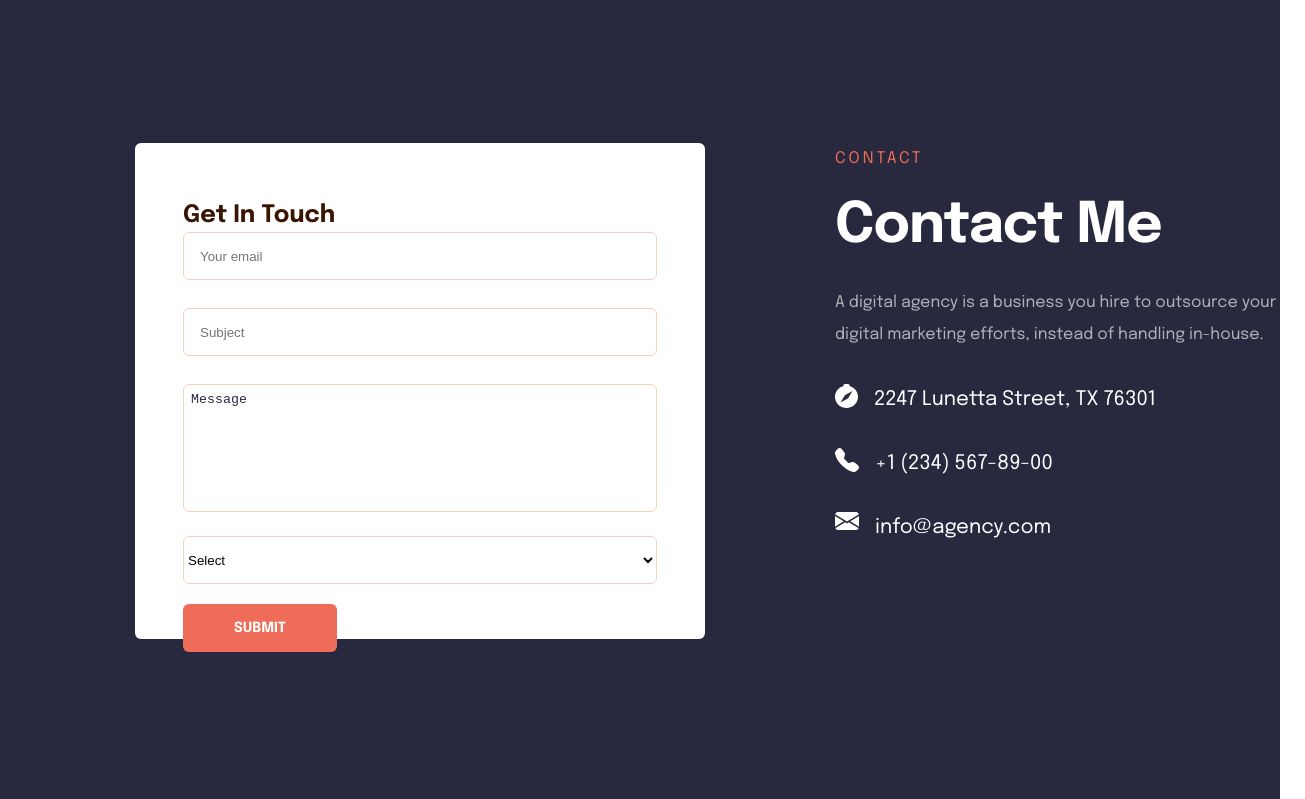
Repository: FaridRustamov09/task20
Page: index.html
An editor plug-in stored every save of this project. The page is shown before and after the next save, followed by the edit.
The browser window is 1280 px wide. The page is 1305 px wide, so the pictures cover 1305 px, including what lies to the right of the window. The pictures show the whole page.

Above is the page before, as saved 2024-01-13 14:46:56.

### index.html
<!DOCTYPE html>
<html lang="en">
  <head>
    <meta charset="UTF-8" />
    <meta name="viewport" content="width=device-width, initial-scale=1.0" />
    <title>Document</title>
    <link rel="stylesheet" href="index.css" />
  </head>
  <body>
    <div class="container">
      <div class="login">
        <form action="">
          <b>Get In Touch</b>
          <input type="email" placeholder="Your email" />
          <input type="text" placeholder="Subject" />
          <textarea name="" id=""  placeholder="Message" ></textarea>
          <select name="" id="" >
            <option value="">Select</option>
            <option value="">A</option>
            <option value="">A</option>
          </select>
          <button type="submit">Submit</button>
        </form>

      </div>
      <div class="left-box">
        <h2>Contact</h2>
        <h1>Contact Me</h1>
        <p>
          A digital agency is a business you hire to outsource your digital
          marketing efforts, instead of handling in-house.
        </p>
        <ul>
          <li>
            <svg
              xmlns="http://www.w3.org/2000/svg"
              width="23"
              height="24"
              viewBox="0 0 23 24"
              fill="none"
            >
              <path
                fill-rule="evenodd"
                clip-rule="evenodd"
                d="M12.5128 23.9559C18.4476 23.4434 22.9991 18.5852 23 12.7619C22.9992 7.68681 19.5202 3.24133 14.5089 1.91219C14.6419 1.45966 14.5495 0.972375 14.2595 0.596433C13.9696 0.220491 13.5157 -0.000396111 13.034 0H9.9675C9.4858 -0.000396111 9.03192 0.220491 8.74193 0.596433C8.45195 0.972375 8.35958 1.45966 8.49253 1.91219C2.74205 3.43556 -0.865618 8.99957 0.179927 14.7325C1.22547 20.4654 6.57793 24.4683 12.5128 23.9559ZM17.4618 6.91176L17.465 6.90994L17.462 6.91144L17.4618 6.91176ZM17.4618 6.91176L9.87551 11.1479L5.53646 18.5674L13.126 14.3294L17.4618 6.91176Z"
                fill="white"
              />
            </svg>
            <h3>2247 Lunetta Street, TX 76301</h3>
          </li>
          <li>
            <svg
              xmlns="http://www.w3.org/2000/svg"
              width="24"
              height="24"
              viewBox="0 0 24 24"
              fill="none"
            >
              <path
                fill-rule="evenodd"
                clip-rule="evenodd"
                d="M2.82812 0.765296C3.35902 0.235151 4.09188 -0.0416708 4.84066 0.0050961C5.58945 0.051863 6.28217 0.417722 6.743 1.00981L9.43541 4.46897C9.92889 5.10349 10.1029 5.93003 9.9079 6.71007L9.08742 9.99522C9.00114 10.3413 9.10245 10.7073 9.35441 10.9598L13.0398 14.6454C13.2925 14.8979 13.6592 14.9993 14.0058 14.9124L17.2892 14.0919C18.0691 13.8969 18.8953 14.0711 19.5301 14.5644L22.989 17.2555C24.2324 18.2231 24.3464 20.0607 23.2335 21.1722L21.6825 22.7233C20.5726 23.8333 18.9136 24.3209 17.3672 23.7763C13.4091 22.3836 9.81531 20.1174 6.85249 17.146C3.88152 14.1834 1.61557 10.5899 0.222699 6.63206C-0.320284 5.08699 0.167201 3.42642 1.27717 2.31637L2.82812 0.765296Z"
                fill="white"
              />
            </svg>
            <h3>+1 (234) 567-89-00</h3>
          </li>
          <li>
            <svg
              xmlns="http://www.w3.org/2000/svg"
              width="24"
              height="18"
              viewBox="0 0 24 18"
              fill="none"
            >
              <path
                fill-rule="evenodd"
                clip-rule="evenodd"
                d="M3 0C1.60024 -9.42171e-05 0.386447 0.967828 0.075 2.3325L12 9.621L23.925 2.3325C23.6136 0.967828 22.3998 -9.42171e-05 21 0H3ZM0 14.7015V4.0455L8.7045 9.3645L0 14.7015ZM10.1415 10.245L0.2865 16.2855C0.78351 17.3335 1.84012 18.0011 3 18H21C22.1597 18.0003 23.2157 17.3321 23.712 16.284L13.857 10.2435L12 11.379L10.1415 10.2435V10.245ZM24 14.7015L15.2955 9.366V9.3645L24 4.0455V14.7015Z"
                fill="white"
              />
            </svg>
            <h3>info@agency.com</h3>
          </li>
        </ul>
      </div>
    </div>
  </body>
</html>

### index.css
@import url("https://fonts.googleapis.com/css2?family=Epilogue:ital,wght@0,400;0,700;1,800&family=Inter:wght@400;500;600;700&family=Roboto+Slab:wght@400;700&display=swap");
* {
  margin: 0;
  padding: 0;
  box-sizing: border-box;
}
.container {
  padding: 143px 135px 160px 135px;
  background-color: #28293e;
  min-height: 100vh;
  display: flex;
}
.login {
  width: 570px;
  height: 496px;
  border-radius: 6px;
  background: #fff;
  display: flex;
  flex-direction: column;
  padding: 57px 48px 48px 48px;
}
.login b {
  color: var(--Text_Dark, #391400);
  font-feature-settings:
    "clig" off,
    "liga" off;
  font-family: Epilogue;
  font-size: 24px;
  font-style: normal;
  font-weight: 700;
  line-height: 32px;
  margin-bottom: 23px;
}
.login input {
  width: 474px;
  height: 48px;
  border-radius: 6px;
  border: 1px solid #f3d1bf;
  background: #fff;
  margin-bottom: 28px;
  padding-left: 16px;
  outline: none;
}

textarea {
  width: 474px;
  height: 128px;
  border-radius: 6px;
  border: 1px solid #f3d1bf;
  background: #fff;
  resize: none;
  padding: 7px;
  outline: none;
  margin-bottom: 20px;
}
textarea::placeholder {
  color: #28293e;
}
button {
  width: 154px;
  height: 48px;
  border-radius: 6px;
  background: #ef6d58;
  color: #FFF;
text-align: center;
font-family: Epilogue;
font-size: 14px;
font-style: normal;
font-weight: 900;
line-height: normal;
text-transform: uppercase;
border: none;
margin: auto;
margin-top: 20px;

}
.left-box {
  margin-left: 130px;
}
.left-box h2 {
  color: var(--Text_Light_Accent, #ef6d58);
  font-feature-settings:
    "clig" off,
    "liga" off;
  font-family: Epilogue;
  font-size: 16px;
  font-style: normal;
  font-weight: 400;
  line-height: 32px;
  letter-spacing: 3px;
  text-transform: uppercase;
  margin-bottom: 20px;
}
.left-box h1 {
  color: var(--Text_Light, #fff);
  font-feature-settings:
    "clig" off,
    "liga" off;
  font-family: Epilogue;
  font-size: 56px;
  font-style: normal;
  font-weight: 800;
  line-height: 64px;
  letter-spacing: -1px;
  margin-bottom: 28px;
}
.left-box p {
  width: 470px;
  color: var(--Text_Light_Gray, rgba(255, 255, 255, 0.64));
  font-feature-settings:
    "clig" off,
    "liga" off;
  font-family: Epilogue;
  font-size: 16px;
  font-style: normal;
  font-weight: 400;
  line-height: 32px;
  margin-bottom: 33px;
}
ul {
  display: flex;
  flex-direction: column;
}
li {
  list-style-type: none;
  display: flex;
}
.left-box ul li h3 {
  color: var(--Text_Light, #fff);
  font-feature-settings:
    "clig" off,
    "liga" off;
  font-family: Epilogue;
  font-size: 20px;
  font-style: normal;
  font-weight: 400;
  line-height: 32px;
  margin-left: 16px;
  margin-bottom: 32px;
}
select{
  border-radius: 6px;
border: 1px solid #F3D1BF;
background: #FFF;
width: 474px;
height: 48px;
}

After the next save:
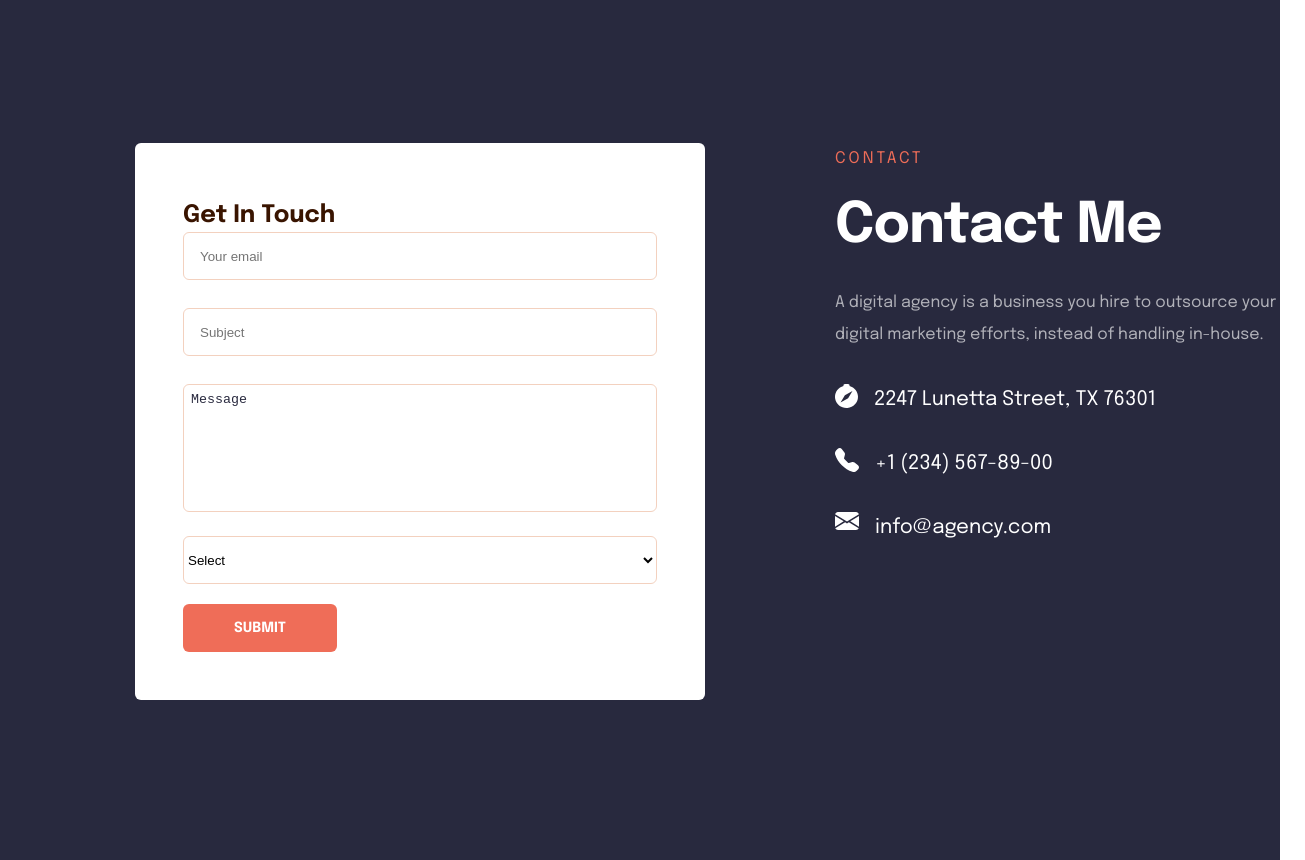
Saved 47 s later.
--- a/index.css
+++ b/index.css
@@ -12,7 +12,6 @@
 }
 .login {
   width: 570px;
-  height: 496px;
   border-radius: 6px;
   background: #fff;
   display: flex;
